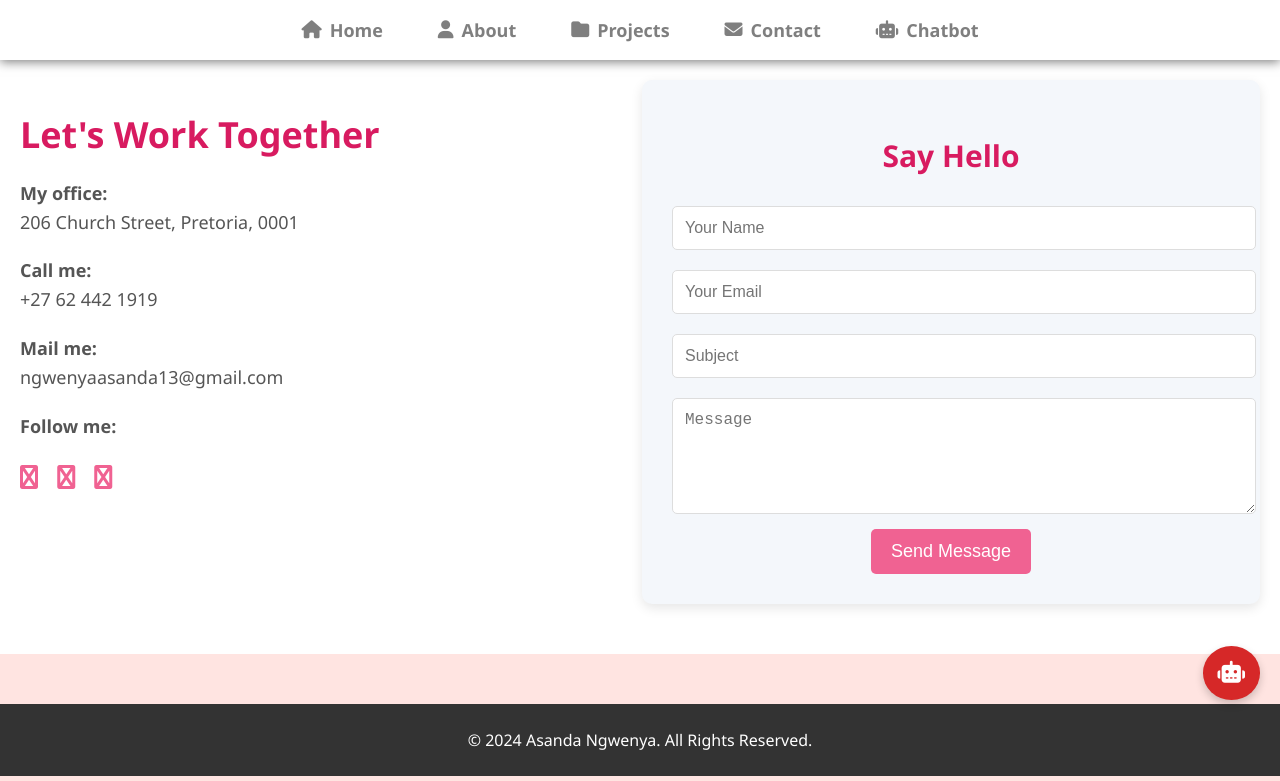
Repository: asandan8106/Asanda-sPortfolio
Page: Portfolio/contact.html
These files come from the project's save history. The page is drawn as it stood at one moment and after the next save; the edit follows.
The browser window is 1280 px wide. The pictures show the whole page.

Above is the page before, as saved 2025-05-19 15:59:02.

After the next save:
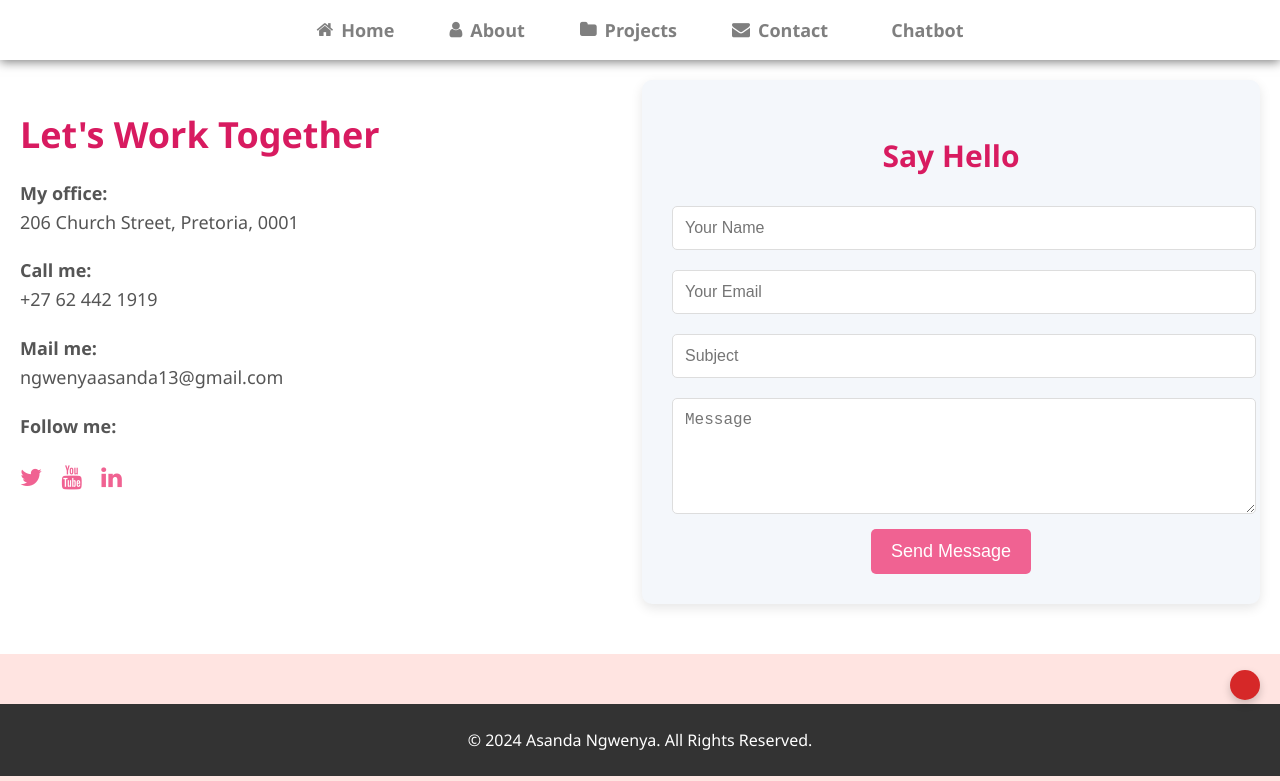
Saved 3 min 22 s later.
--- a/Portfolio/contact.html
+++ b/Portfolio/contact.html
@@ -5,10 +5,7 @@
     <meta name="viewport" content="width=device-width, initial-scale=1.0">
     <title>Contact Us</title>
     <link rel="stylesheet" href="https://cdnjs.cloudflare.com/ajax/libs/font-awesome/4.7.0/css/font-awesome.min.css">
-    <link
-    href="https://cdnjs.cloudflare.com/ajax/libs/font-awesome/6.5.0/css/all.min.css"
-     rel="stylesheet"
-    />
+
 
       <link rel="stylesheet" href="styles/CSS/contact.css" />
 

After the save that followed:
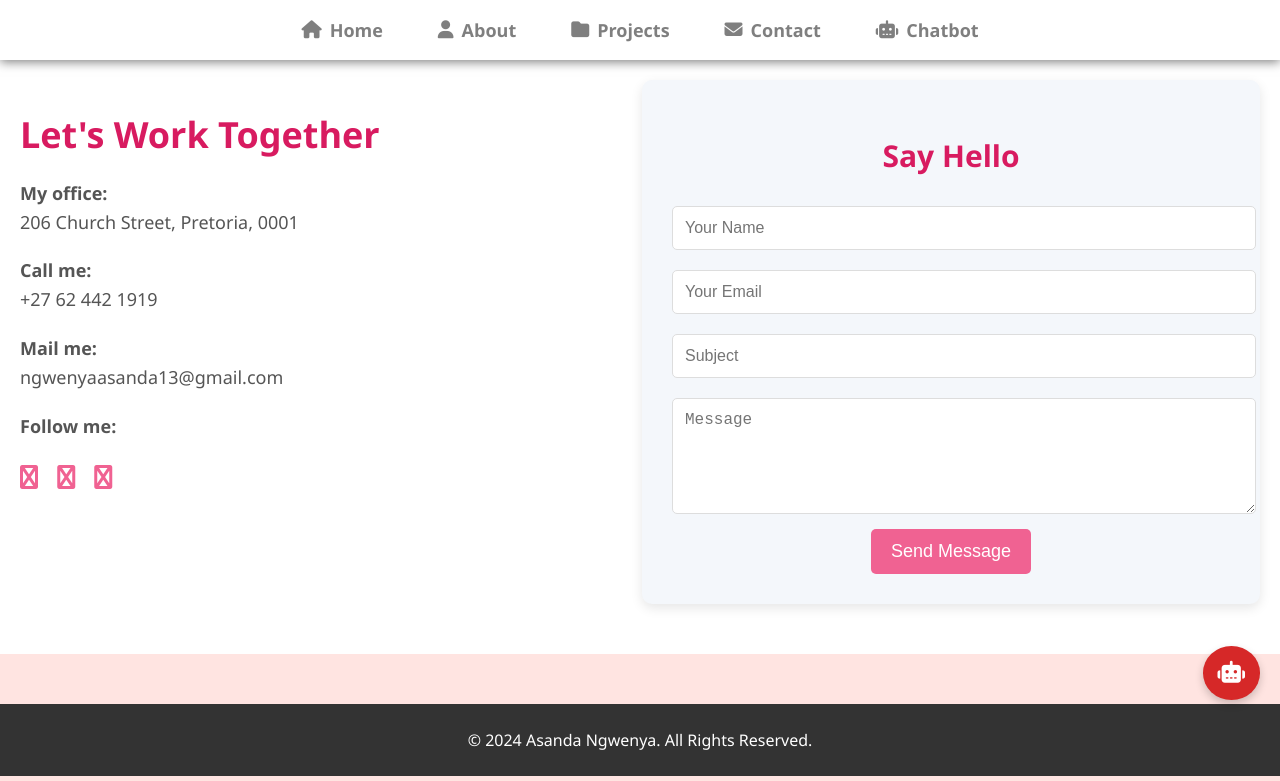
Saved 4 s later.
--- a/Portfolio/contact.html
+++ b/Portfolio/contact.html
@@ -5,7 +5,10 @@
     <meta name="viewport" content="width=device-width, initial-scale=1.0">
     <title>Contact Us</title>
     <link rel="stylesheet" href="https://cdnjs.cloudflare.com/ajax/libs/font-awesome/4.7.0/css/font-awesome.min.css">
-
+    <link
+    href="https://cdnjs.cloudflare.com/ajax/libs/font-awesome/6.5.0/css/all.min.css"
+     rel="stylesheet"
+    />
 
       <link rel="stylesheet" href="styles/CSS/contact.css" />
 
